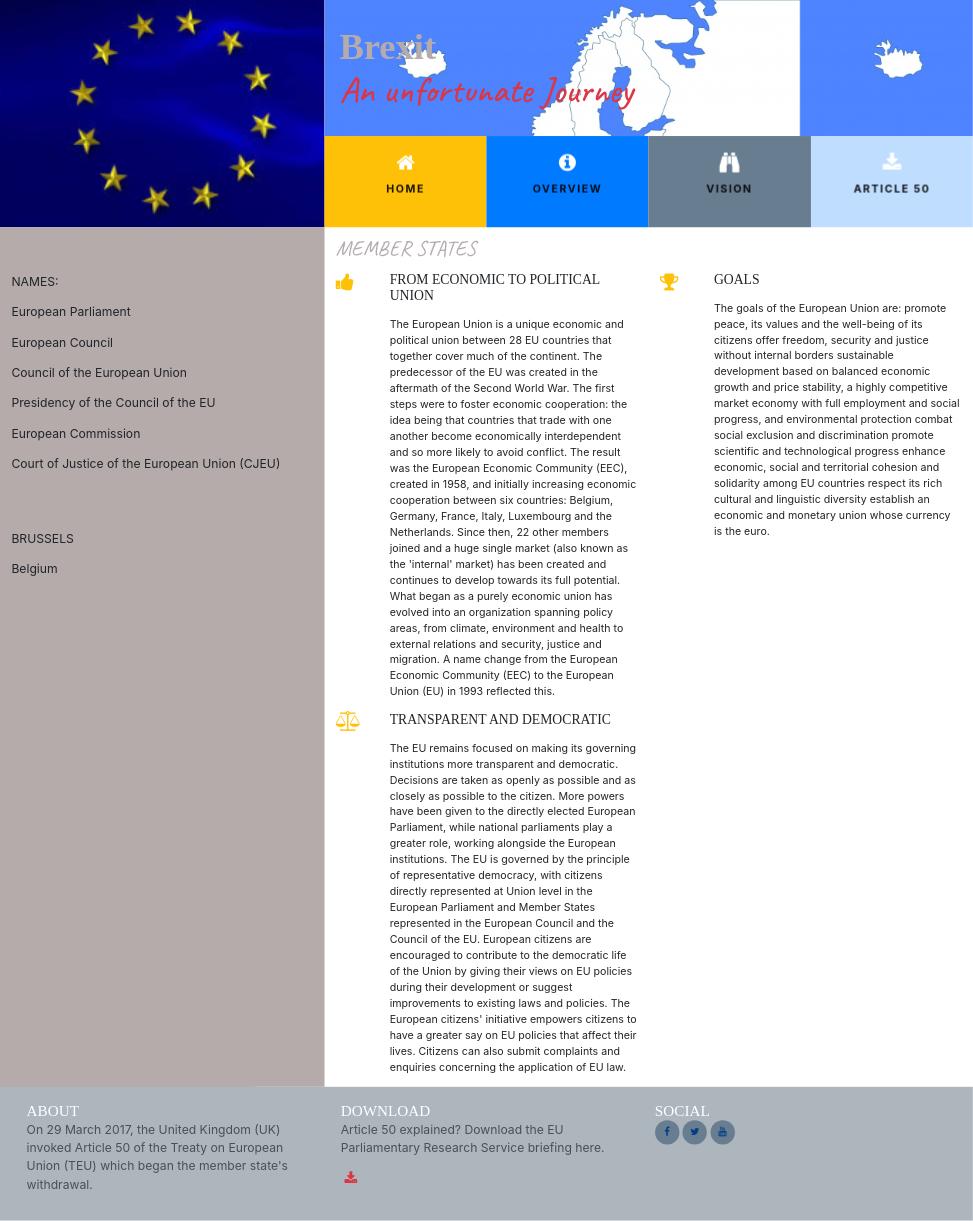
Repository: isiko1/Milestone_Project_One
Page: index.html
The author's editor kept a record of every edit. The page is drawn from the files as they stood at one moment, then again after the next edit.
The browser window is 1280 px wide. The pictures show the whole page, at 76% of full size.
Some web fonts or font styles are not loaded; a fallback is used.

Above is the page before.

After the next edit:
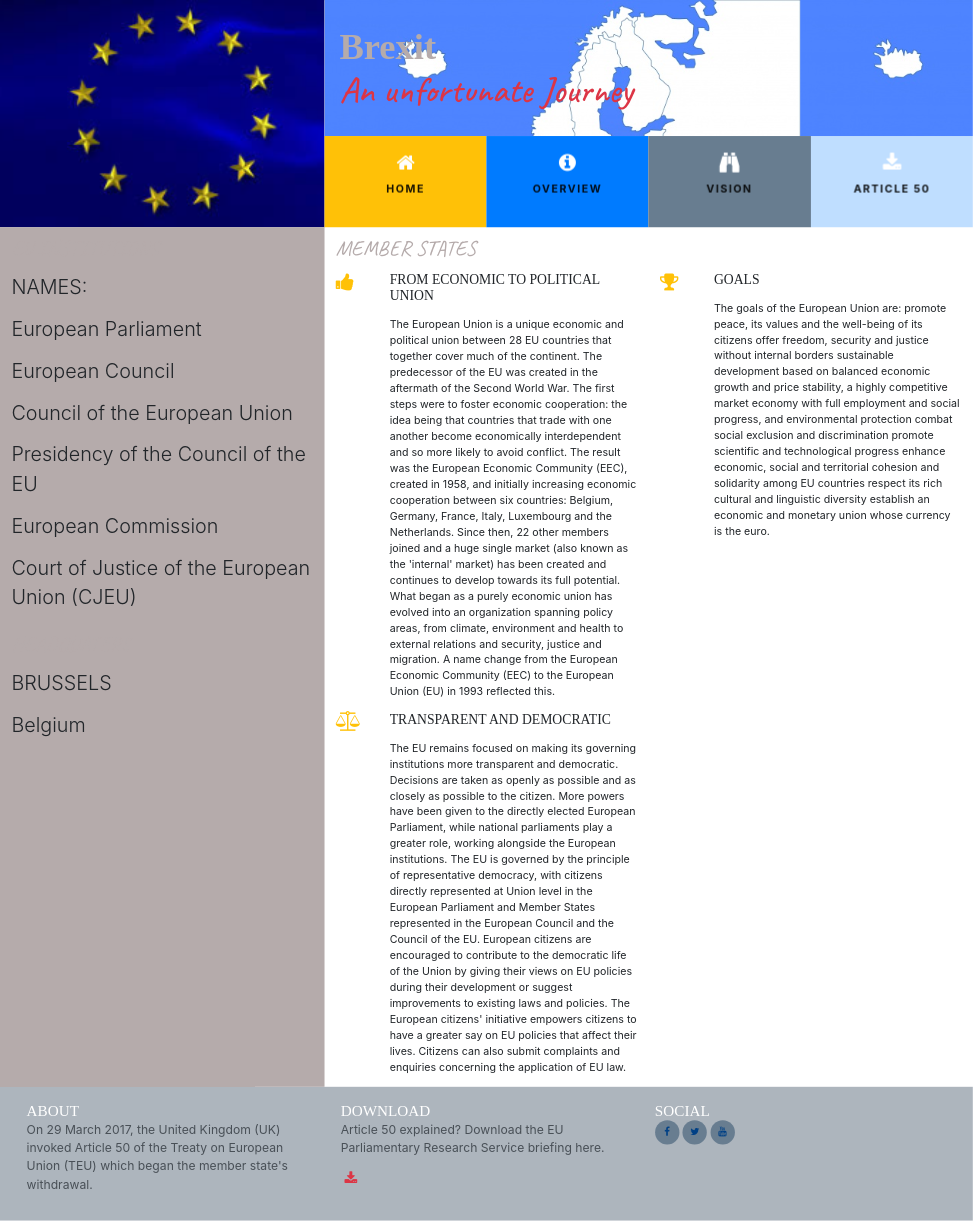
The edit:
--- a/info/css/style.css
+++ b/info/css/style.css
@@ -17,6 +17,10 @@
 .general {
     font-family: "Tinos", sans-serif;
     color: #fff;
+}
+.institutions-item {
+    font-size: 26px;
+    font-weight: 300;
 }
 
 /*................backgoundcolor*/
